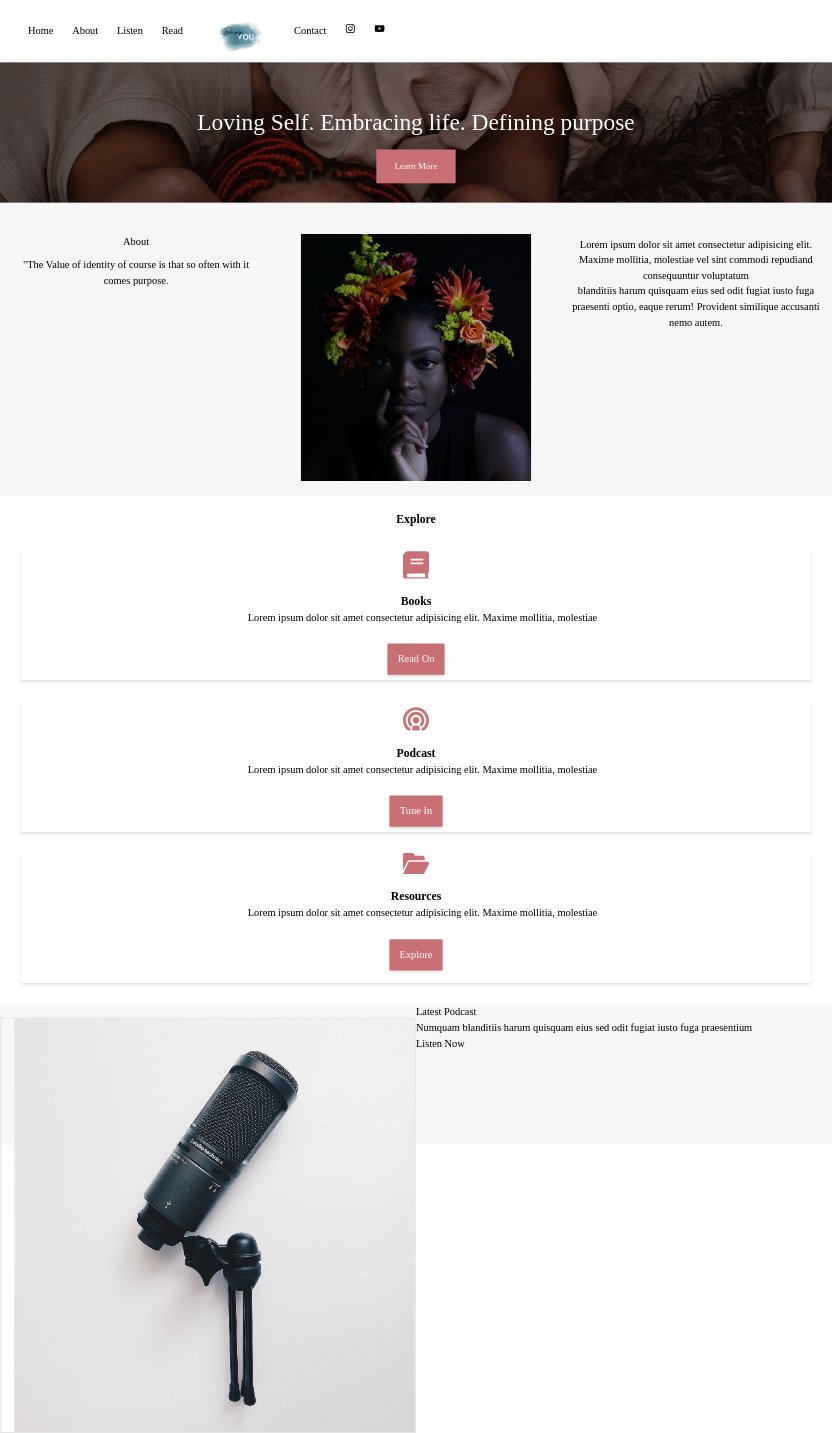
Repository: BrightonMboya/being-you
Page: /
An editor plug-in stored every save of this project. The page is shown before and after the next save, followed by the edit.
The browser window is 1280 px wide. The pictures show the whole page, at 65% of full size.
The project was rebuilt for these pictures with package versions that can differ from the ones it lists, and the page was loaded fresh each time.

Above is the page before, as saved 2022-05-28 17:20:17.

After the next save:
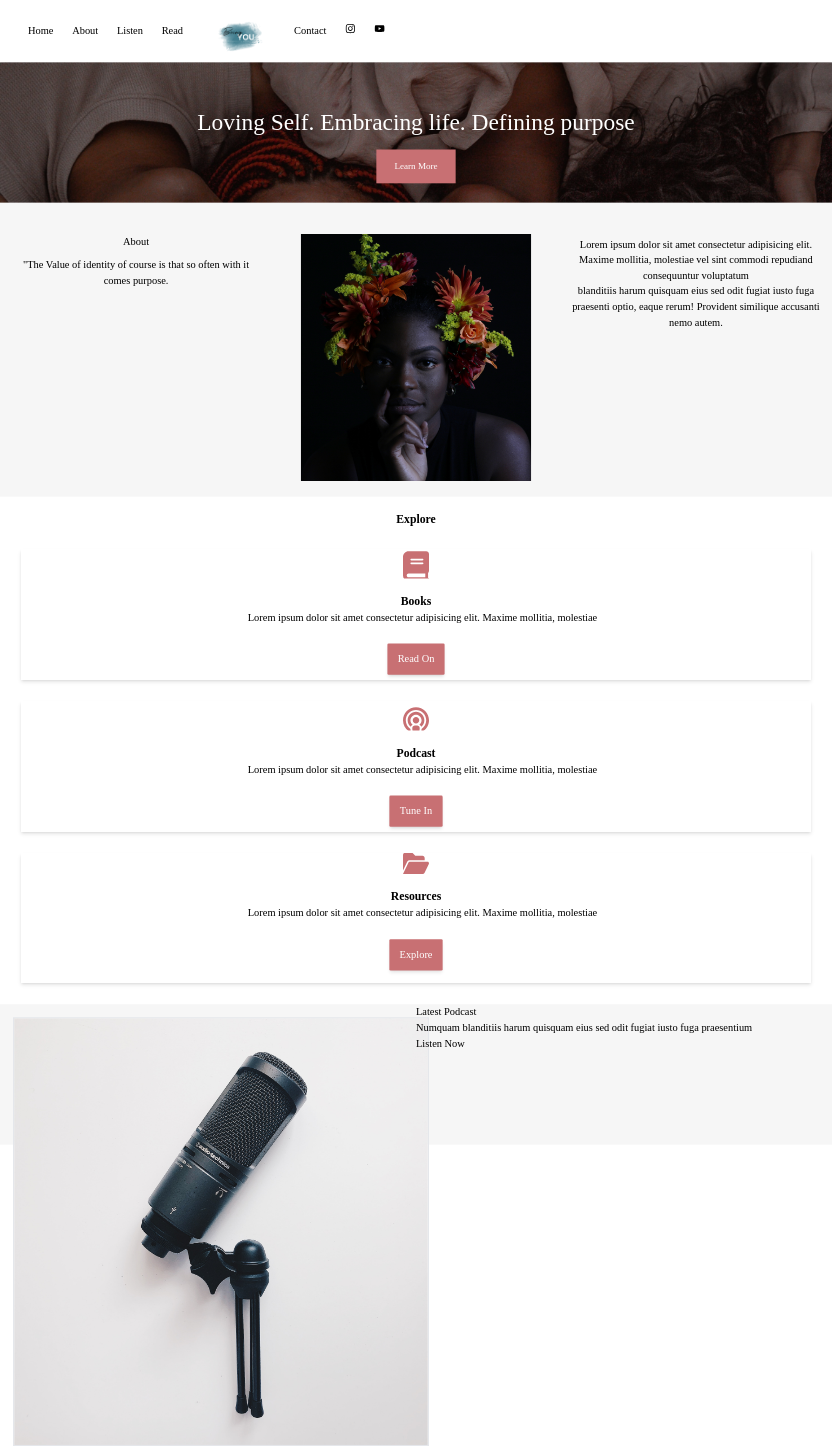
Saved 7 s later.
--- a/src/Components/Podcast/Podcast.jsx
+++ b/src/Components/Podcast/Podcast.jsx
@@ -5,7 +5,7 @@ const Podcast = () => {
   return (
     <div className="bg-[#F6F6F6] mt-8 h-[30vh]">
       <div className="grid grid-cols-2">
-        <img src={mic} alt=""  className="h-full w-30 object-cover pl-5 mt-5 border-2"/>
+        <img src={mic} alt=""  className="h-full w-30 object-cover ml-5 mt-5 border-2"/>
         <div>
           <h3>Latest Podcast</h3>
           <p>
